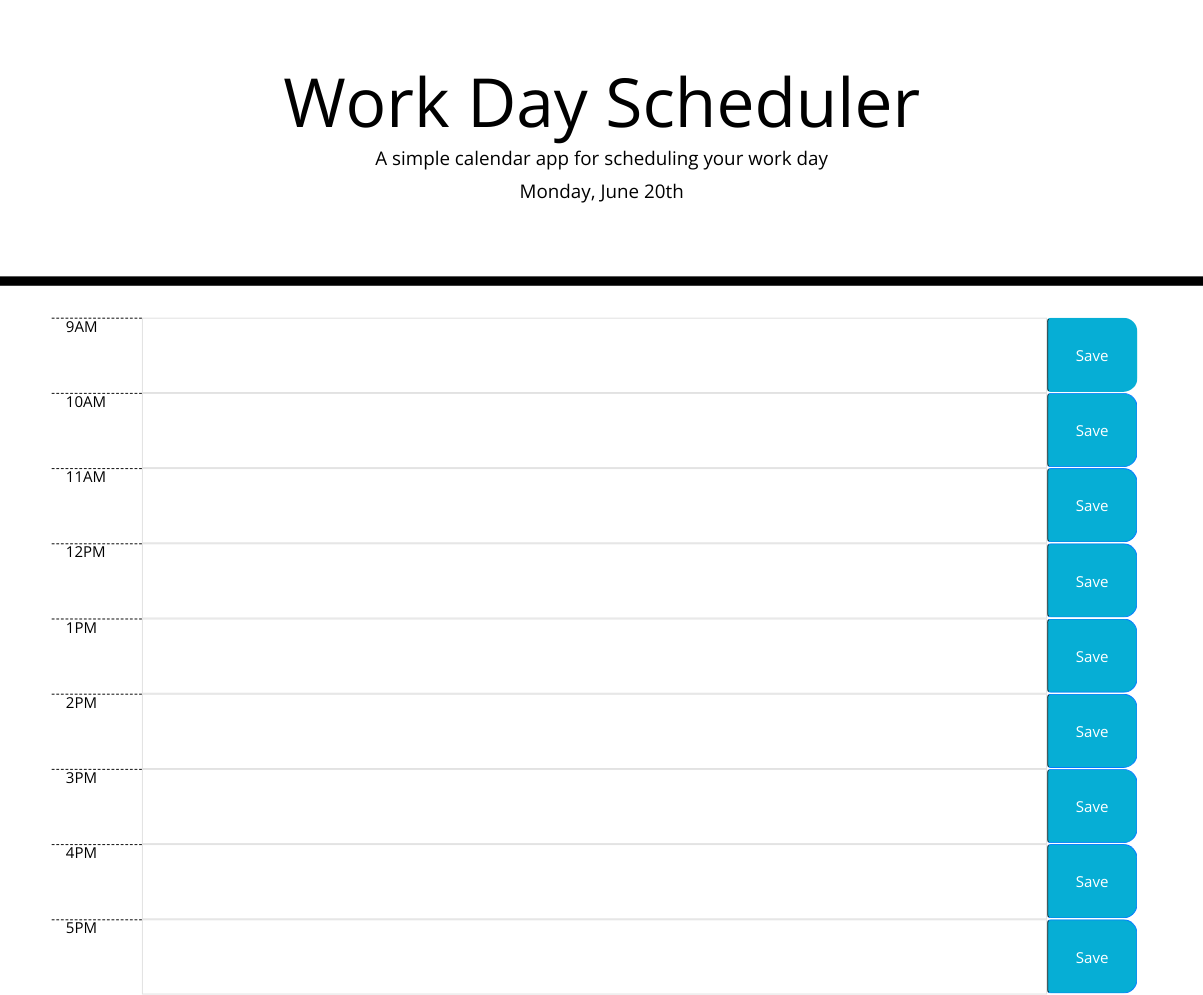
Repository: dtierney21/work-day-scheduler
Page: index.html
The author's editor kept a copy of each file at every save. The page is drawn from the files as they stood at one save, then again after the next save.
The browser window is 1280 px wide. The pictures show the whole page, at 94% of full size.
Some web libraries are served in a nearby version.

Above is the page before, as saved 2022-06-28 14:47:33.

After the next save:
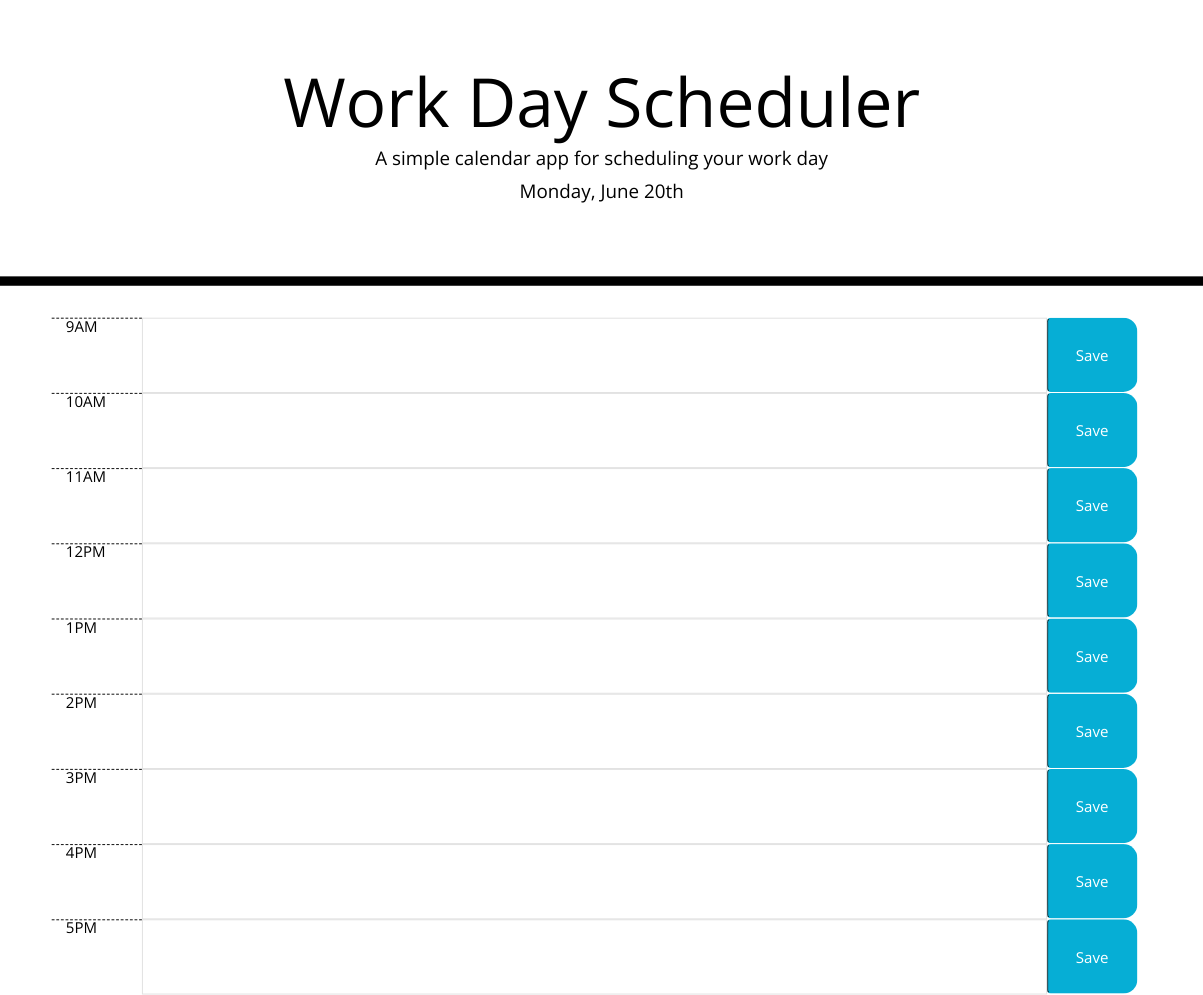
Saved 43 s later.
--- a/index.html
+++ b/index.html
@@ -40,42 +40,42 @@
                 <div class="row" id="10">
                     <li class="hour col-1">10AM</li>
                     <li class="list-group-item col-10" id="10"></li>
-                    <button class="btn btn-primary  saveBtn col-1" type="submit">Save</button>
+                    <button class="btn saveBtn col-1" type="submit">Save</button>
                 </div>
                 <div class="row" id="11">
                     <li class="hour col-1">11AM</li>
                     <li class="list-group-item col-10" id="11"></li>
-                    <button class="btn btn-primary  saveBtn col-1" type="submit">Save</button>
+                    <button class="btn saveBtn col-1" type="submit">Save</button>
                 </div>
                 <div class="row" id="12">
                     <li class="hour col-1">12PM</li>
                     <li class="list-group-item col-10" id="12"></li>
-                    <button class="btn btn-primary  saveBtn col-1" type="submit">Save</button>
+                    <button class="btn saveBtn col-1" type="submit">Save</button>
                 </div>
                 <div class="row" id="13">
                     <li class="hour col-1">1PM</li>
                     <li class="list-group-item col-10" id="13"></li>
-                    <button class="btn btn-primary  saveBtn col-1" type="submit">Save</button>
+                    <button class="btn saveBtn col-1" type="submit">Save</button>
                 </div>
                 <div class="row" id="14">
                     <li class="hour col-1">2PM</li>
                     <li class="list-group-item col-10" id="14"></li>
-                    <button class="btn btn-primary  saveBtn col-1" type="submit">Save</button>
+                    <button class="btn saveBtn col-1" type="submit">Save</button>
                 </div>
                 <div class="row" id="15">
                     <li class="hour col-1">3PM</li>
                     <li class="list-group-item col-10" id="15"></li>
-                    <button class="btn btn-primary  saveBtn col-1" type="submit">Save</button>
+                    <button class="btn saveBtn col-1" type="submit">Save</button>
                 </div>
                 <div class="row" id="16">
                     <li class="hour col-1">4PM</li>
                     <li class="list-group-item col-10" id="16"></li>
-                    <button class="btn btn-primary  saveBtn col-1" type="submit">Save</button>
+                    <button class="btn saveBtn col-1" type="submit">Save</button>
                 </div>
                 <div class="row" id="17">
                     <li class="hour col-1">5PM</li>
                     <li class="list-group-item col-10" id="17"></li>
-                    <button class="btn btn-primary  saveBtn col-1" type="submit">Save</button>
+                    <button class="btn saveBtn col-1" type="submit">Save</button>
                 </div>
             </ul>
         </div>
